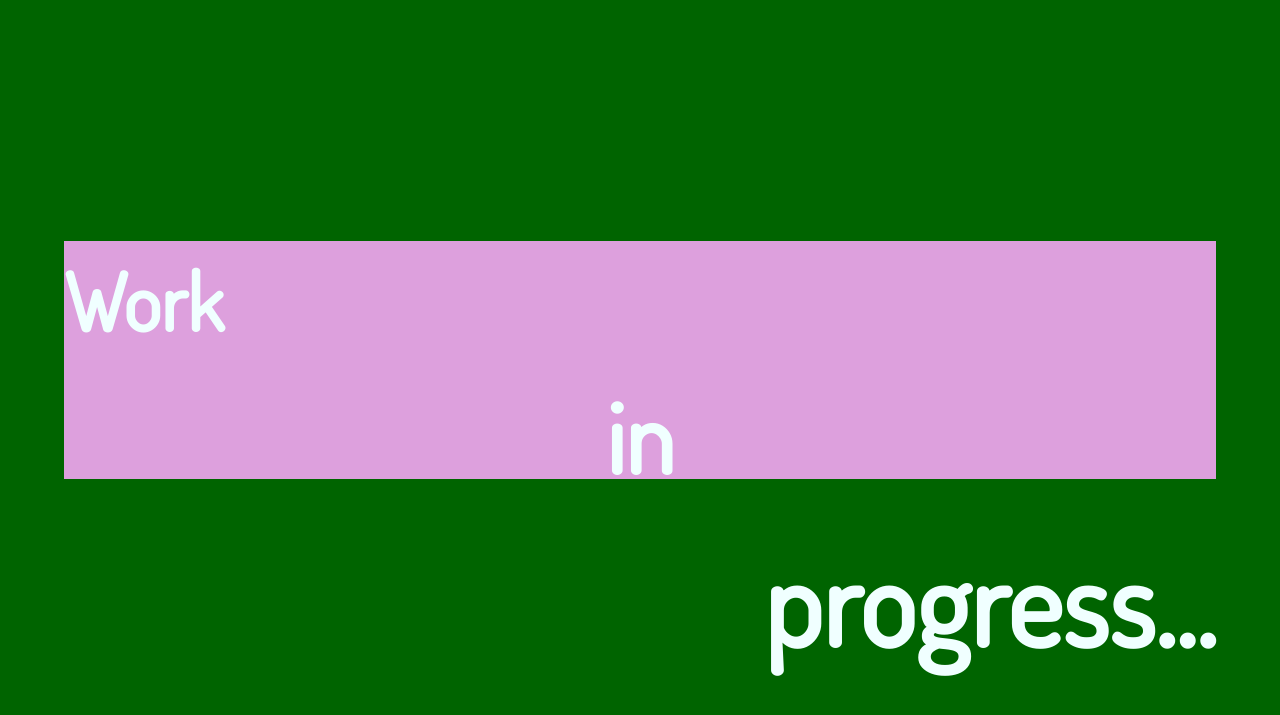
Repository: NollieChtn6/NollieChtn6.github.io
Page: index.html
An editor plug-in stored every save of this project. The page is shown before and after the next save, followed by the edit.
The browser window is 1280 px wide. The pictures show the whole page.

Above is the page before, as saved 2023-11-10 18:19:48.

### index.html

<!DOCTYPE html>

<html lang="fr">

<head>
  <meta charset="utf-8">
  <meta name="viewport" content="width=device-width">
  <link href="css/reset.css" rel="stylesheet">
  <link href="css/style.css" rel="stylesheet">
  <link
    href="https://fonts.googleapis.com/css2?family=Dosis&display=swap"
    rel="stylesheet">
  <title>Portfolio</title>
</head>

<body>

  <main class="main__container">

    <div class="main__content">

      <h1 class="main__title">
        <span class="main__title main__title--level-1">
          Work
        </span>
        <span class="main__title main__title--level-2">
          in
        </span>
        <span class="main__title main__title--level-3">
          progress...
        </span>
      </h1>

    </div>

  </main>

</body>

</html>

### css/style.css
/* VARIABLES */

/* :root {

} */


/* GÉNÉRAL */

* {
  box-sizing: border-box;
}

html {
  font-size: 62.5%;
}

body {
  display: flex;
  flex-direction: column;
  height: 100vh;
  min-height: 100vh;
}

h1 {
  font-family: 'Dosis', sans-serif;
}


/* MAIN  */

.main__container {
  display: flex;
  flex-direction: column;
  background-color: antiquewhite;
  height: 100vh;
  width: 100vw;
}

.main__content {
  display: flex;
  flex-direction: column;
  background-color:darkgreen;
  height: 100vh;
  width: 100vw;
  margin-top: auto;
  /* padding: 5rem 0rem 0rem 8rem; */
  /* justify-content: center; */
  /* align-items: center; */
  /* padding-top: 8rem;
  padding-left: 4rem;; */

}

h1 {
  display: flex;
  flex-direction: column;
  width: 90vw;
  height: 33vh;
  margin: auto;
  font-size: 8rem;
  background-color: plum;
  color: azure;
  justify-content: space-between;
}

.main__title--level-1 {
  align-self: start;

}

.main__title--level-2 {
  align-self: center;
  font-size: 10rem;
}

.main__title--level-3 {
  align-self: end;
  font-size: 12rem;
}

Loaded but not shown: css/reset.css (common file)

After the next save:
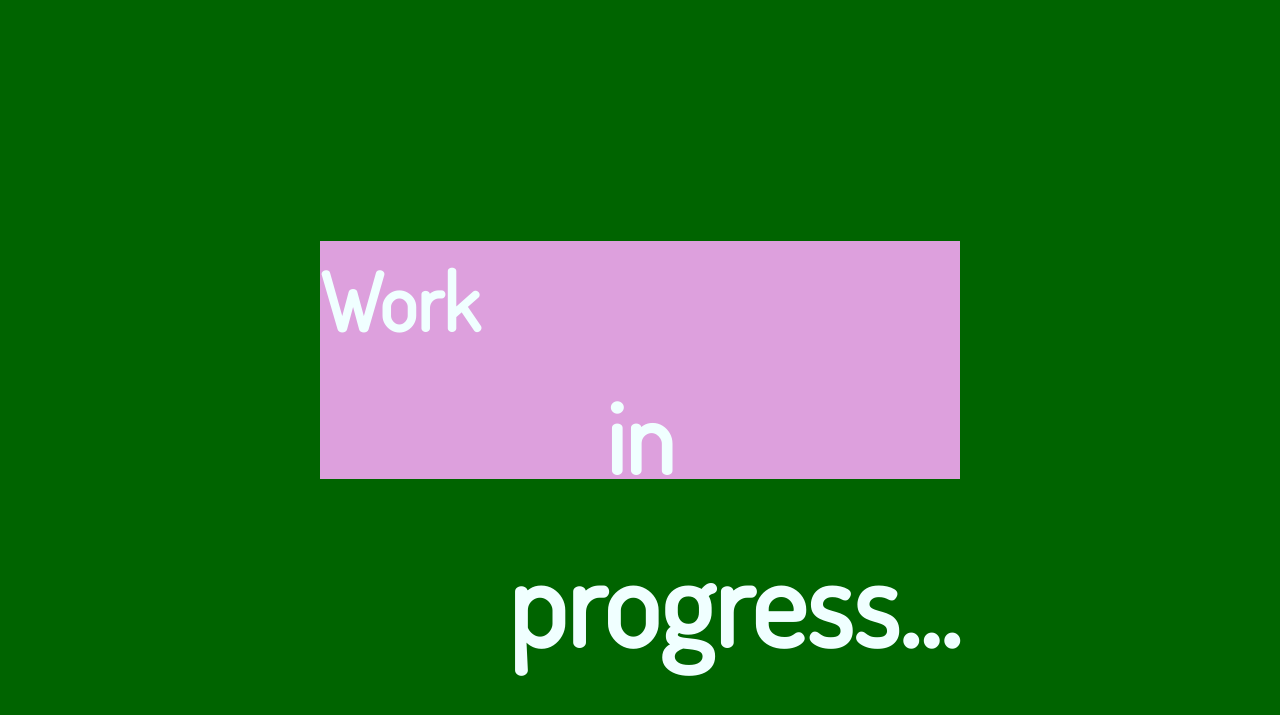
Saved 19 s later.
--- a/css/style.css
+++ b/css/style.css
@@ -55,7 +55,7 @@ h1 {
 h1 {
   display: flex;
   flex-direction: column;
-  width: 90vw;
+  width: 50vw;
   height: 33vh;
   margin: auto;
   font-size: 8rem;
